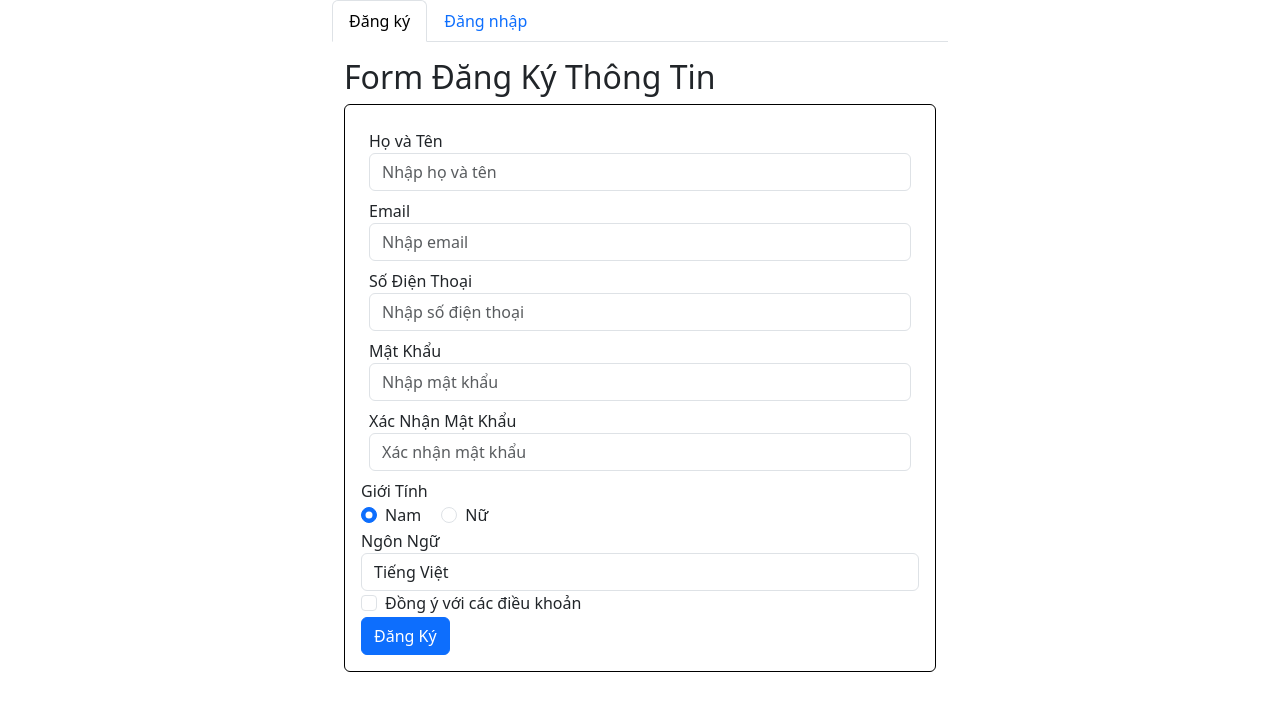
Repository: KizukoHeiwa/SOF308
Page: Lab2/bai3.html
An editor plug-in stored every save of this project. The page is shown before and after a run of saves, followed by the edit.
The browser window is 1280 px wide. The pictures show the whole page.

Above is the page before, as saved 2024-11-07 10:19:33.

After the next 5 saves:
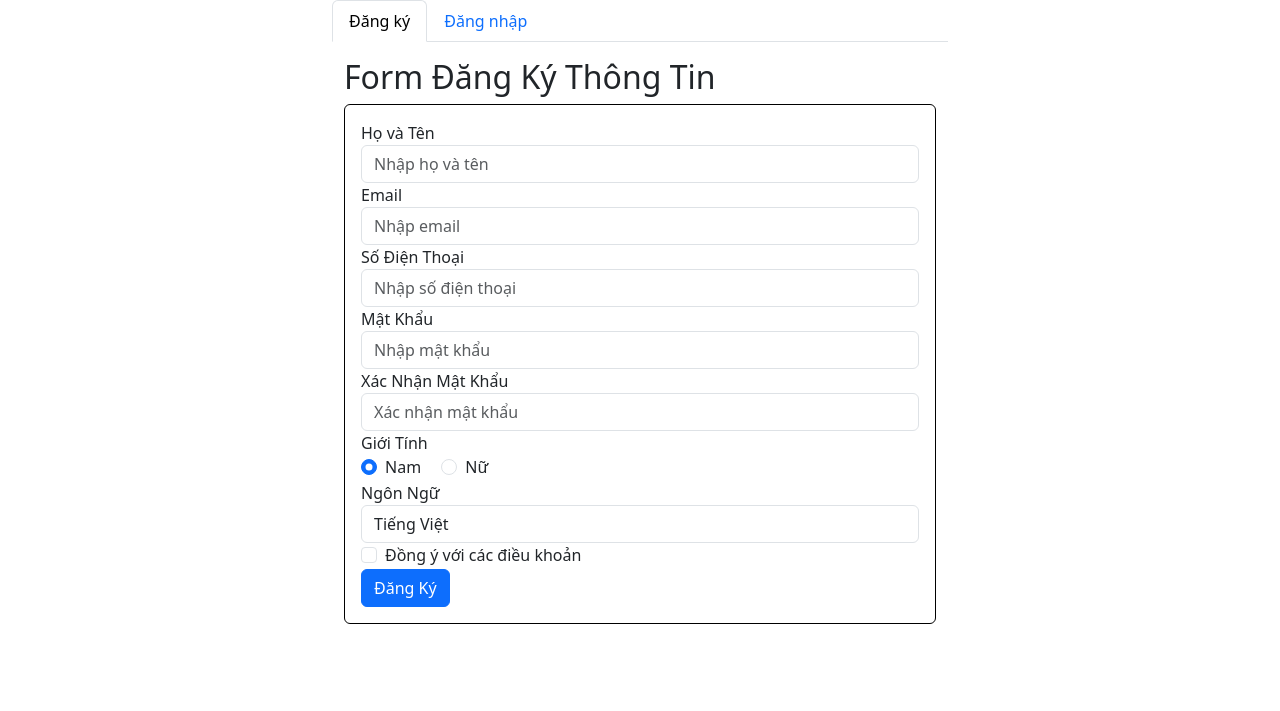
The 5 saves are shown as one change because they came seconds apart.
The last was saved 16 s later.
--- a/Lab2/bai3.html
+++ b/Lab2/bai3.html
@@ -21,23 +21,23 @@
             <div id="register" class="container tab-pane active mt-3">
                 <h2>Form Đăng Ký Thông Tin</h2>
                 <form class="border border-black rounded p-3">
-                    <div class="form-group m-2">
+                    <div class="form-group">
                         <label for="fullName">Họ và Tên</label>
                         <input type="text" class="form-control" id="fullName" placeholder="Nhập họ và tên">
                     </div>
-                    <div class="form-group m-2">
+                    <div class="form-group">
                         <label for="email">Email</label>
                         <input type="email" class="form-control" id="email" placeholder="Nhập email">
                     </div>
-                    <div class="form-group m-2">
+                    <div class="form-group">
                         <label for="phoneNumber">Số Điện Thoại</label>
                         <input type="text" class="form-control" id="phoneNumber" placeholder="Nhập số điện thoại">
                     </div>
-                    <div class="form-group m-2">
+                    <div class="form-group">
                         <label for="password">Mật Khẩu</label>
                         <input type="password" class="form-control" id="password" placeholder="Nhập mật khẩu">
                     </div>
-                    <div class="form-group m-2">
+                    <div class="form-group">
                         <label for="confirmPassword">Xác Nhận Mật Khẩu</label>
                         <input type="password" class="form-control" id="confirmPassword"
                             placeholder="Xác nhận mật khẩu">
